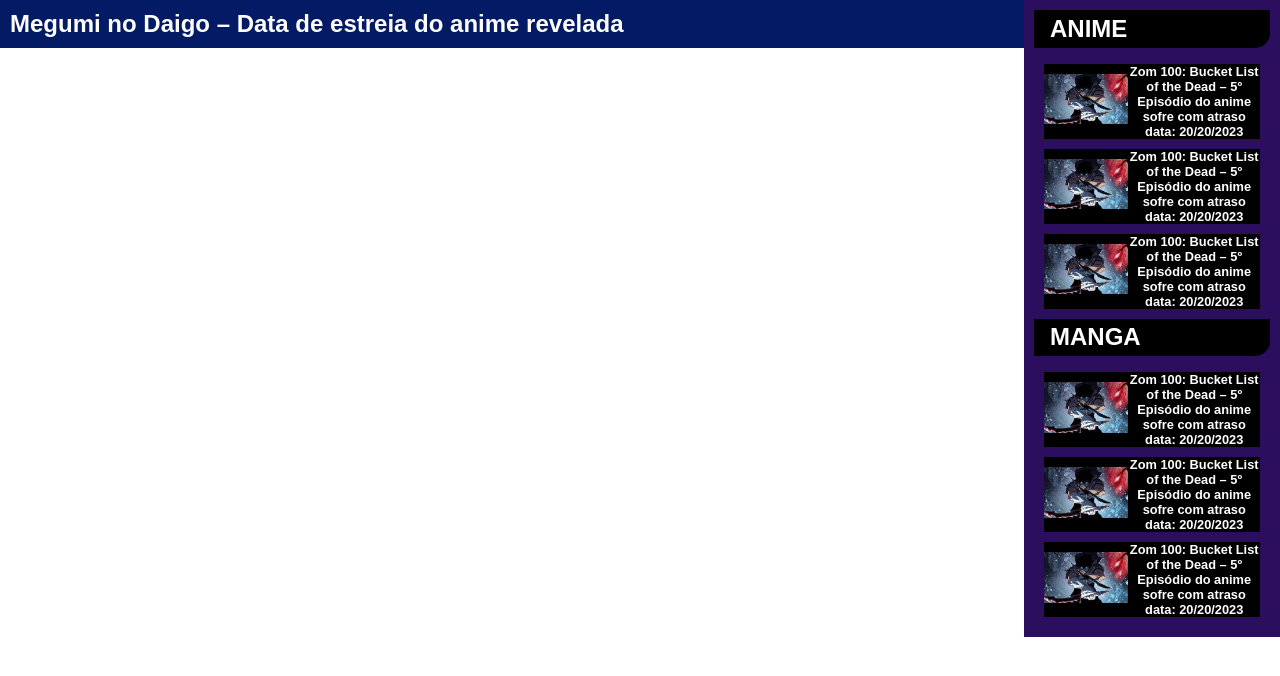
Repository: GabriellShi/blog-anime
Page: a-noticia.html
The author's editor kept a copy of each file at every save. The page is drawn from the files as they stood at one save, then again after the next save.
The browser window is 1280 px wide. The pictures show the whole page.

Above is the page before, as saved 2023-08-03 22:55:22.

After the next save:
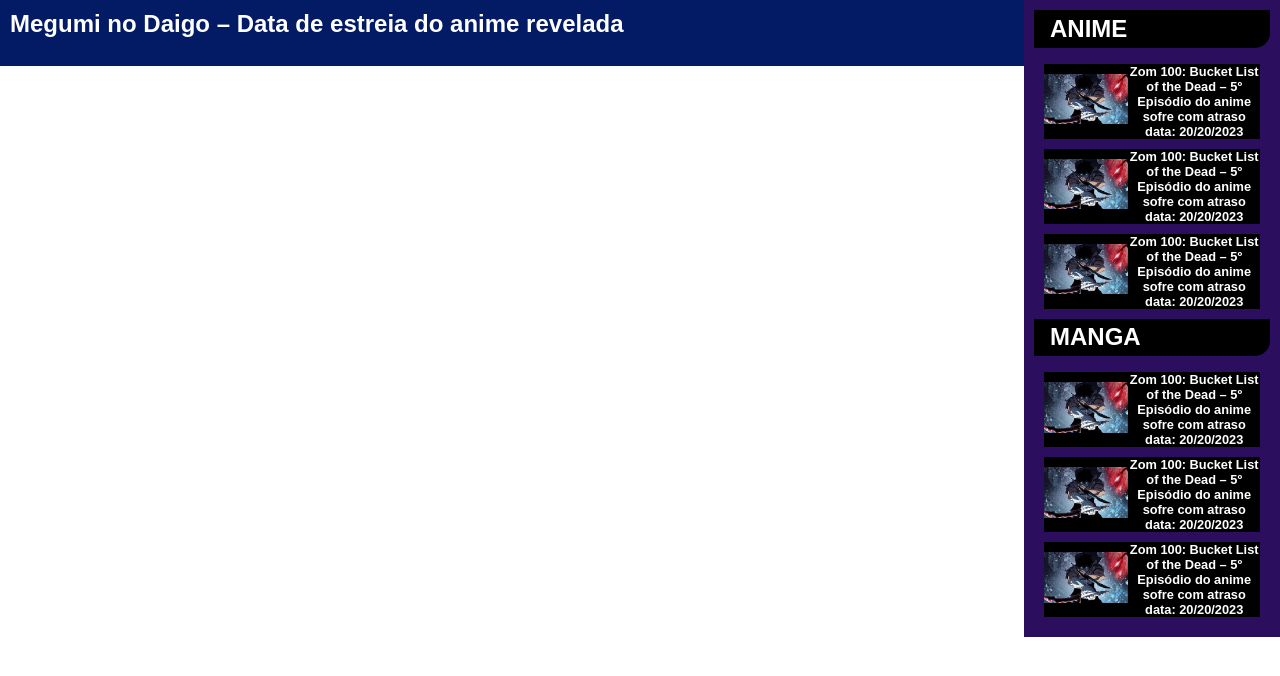
Saved 6 s later.
--- a/a-noticia.html
+++ b/a-noticia.html
@@ -11,7 +11,7 @@
         <div><h1>Megumi no Daigo – Data de estreia do anime revelada</h1></div>
 
         <div>
-            <div></div>
+            <div><img src="" alt=""></div>
             <div></div>
         </div>
     </section>
